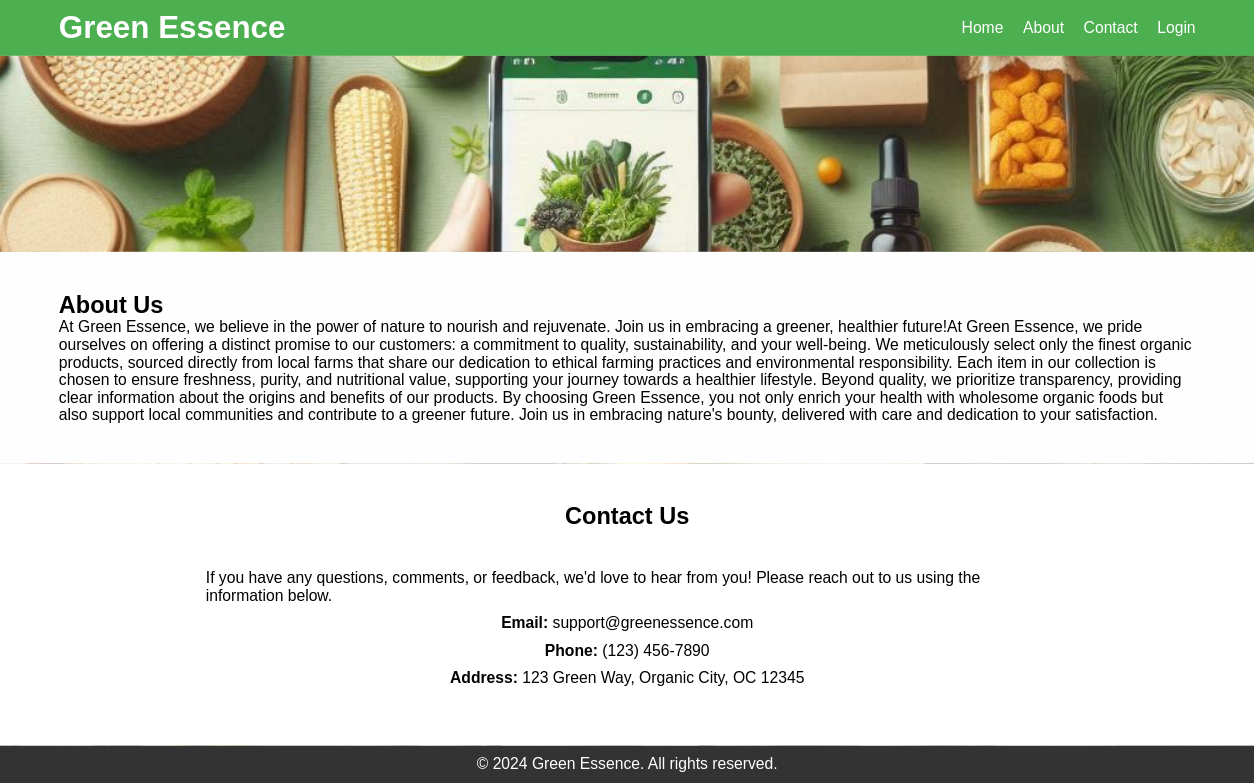
Repository: niki3210/Sahyadri
Page: Projectorganic/index.html
The author's editor kept a copy of each file at every save. The page is drawn from the files as they stood at one save, then again after the next save.
The browser window is 1280 px wide. The pictures show the whole page, at 98% of full size.
Backgrounds fixed to the window are drawn as part of the page.

Above is the page before, as saved 2024-06-21 15:42:36.

### Projectorganic/index.html
<!DOCTYPE html>
<html lang="en">
<head>
    <meta charset="UTF-8">
    <meta name="viewport" content="width=device-width, initial-scale=1.0">
    <title>Green Essence - Organic Food Products</title>
    <link rel="stylesheet" href="styles.css">

</head>
<body>
    <header>
        <div class="container">
            <h1>Green Essence</h1>
            <nav>
                <ul>
                    <li><a href="#home">Home</a></li>
                    <li><a href="#about">About</a></li>
                    <li><a href="#contact">Contact</a></li>
                    <li><a href="login.html">Login</a></li>

                </ul>
            </nav>
        </div>
    </header>

    <section id="home">
        <div class="container">




        </div>
    </section>

    <section id="about">
        <div class="container">
            <h2>About Us</h2>
            <p>At Green Essence, we believe in the power of nature to nourish and rejuvenate. Join us in embracing a greener, healthier
                future!At Green Essence, we pride ourselves on offering a distinct promise to our customers: a commitment to quality,
                sustainability, and your well-being. We meticulously select only the finest organic products, sourced directly from
                local farms that share our dedication to ethical farming practices and environmental responsibility. Each item in
                our collection is chosen to ensure freshness, purity, and nutritional value, supporting your journey towards a
                healthier lifestyle. Beyond quality, we prioritize transparency, providing clear information about the origins and
                benefits of our products. By choosing Green Essence, you not only enrich your health with wholesome organic foods
                but also support local communities and contribute to a greener future. Join us in embracing nature's bounty,
                delivered with care and dedication to your satisfaction.</p>
        </div>
    </section>

    <section id="contact">
        <div class="container">
            <h2>Contact Us</h2>
            <p>If you have any questions, comments, or feedback, we'd love to hear from you! Please reach out to us using the information below.</p>
            <div class="contact-info">
                <p><strong>Email:</strong> support@greenessence.com</p>
                <p><strong>Phone:</strong> (123) 456-7890</p>
                <p><strong>Address:</strong> 123 Green Way, Organic City, OC 12345</p>
            </div>
</div>

</section>

<footer>
<div class="container">
    <p>&copy; 2024 Green Essence. All rights reserved.</p>
</div>


</body>
</html>

### Projectorganic/styles.css
/* Combined CSS for Home, Login, and Register Pages */

/* Reset default browser styles */
* {
    box-sizing: border-box;
    margin: 0;
    padding: 0;
}

/* Global styles */
body {
    font-family: Arial, sans-serif;
    color: black;
    margin: 0;
    padding: 0;
    box-sizing: border-box;
    min-height: 100vh; /* Ensure body extends to at least the full height of the viewport */
    display: flex;
    flex-direction: column; /* Use flexbox to make sure footer stays at the bottom */
}

/* Header styles */
header {
    background-color: #4CAF50;
    color: white;
    padding: 10px 0;
}

header .container {
    display: flex;
    justify-content: space-between;
    align-items: center;
    max-width: 1200px;
    margin: 0 auto;
    padding: 0 20px;
}

header h1 {
    margin: 0;
}

header nav ul {
    list-style: none;
    margin: 0;
    padding: 0;
    display: flex;
}

header nav ul li {
    margin-left: 20px;
}

header nav ul li a {
    color: white;
    text-decoration: none;
}

header nav ul li a:hover {
    text-decoration: underline;
}

/* Home Page Styles */
#home {
    background-image: url('backgroundhome.jpeg');
    background-size: cover;
    background-repeat: no-repeat;
    background-position: center;
    background-attachment: fixed;
    color: white;
    text-align: center;
    padding: 100px 20px;
}

section {
    padding: 60px 0;
}

.container {
    max-width: 1200px;
    margin: 0 auto;
    padding: 0 20px;
}

/* About Section */
#about {
    background-color: #fffefe;
    padding: 40px 0;
}

/* Contact Section Styles */
#contact {
    background-color: #fff;
    padding: 40px 0;
}

#contact h2 {
    text-align: center;
    margin-bottom: 40px;
    color: #000000;
}

#contact .container {
    max-width: 900px;
    margin: 0 auto;
}

#contact .contact-info {
    text-align: center;
    margin-bottom: 20px;
}

#contact .contact-info p {
    margin: 10px 0;
}



/* Login/Register Styles */
.login-container,
.register-container {
    max-width: 320px;
    margin: 0 auto;
    padding: 15px;
    background-color: rgb(255, 255, 255);
    border-radius: 3px;
    box-shadow: 0 0 10px rgba(0, 0, 0, 0.1);
    flex: 1; /* Use flex: 1 to push footer to the bottom */
    margin-top: 30px;
    margin-bottom: 60px;
    padding: 20px;
}

body {
    font-family: Arial, sans-serif;
    background-image: url('backgroundhome.jpeg');
    background-size: cover;
    color: black;
}

.login-form, .register-form {
    padding: 15px;
    margin-bottom: 30px;
}

.login-form h2, .register-form h2 {
    text-align: center;
    margin-bottom: 15px;
    font-size: 1.5em;
}

label {
    display: block;
    margin-bottom: 5px;
    font-size: 0.9em;
}

input[type="email"],
input[type="password"] {
    width: 100%;
    padding: 8px;
    margin-bottom: 10px;
    border: 1px solid #ccc;
    border-radius: 4px;
    font-size: 0.9em;
}

.error {
    color: red;
    font-size: 0.8em;
    margin-bottom: 10px;
}

button {
    background-color: #4CAF50;
    color: white;
    border: none;
    padding: 8px 15px;
    cursor: pointer;
    transition: background-color 0.3s ease;
    width: 100%;
    font-size: 0.9em;
}

button:hover {
    background-color: #45a049;
}

/* Footer Styles */
footer {
    background-color: #333;
    color: white;
    text-align: center;
    padding: 10px 0;
    width: 100%;

}

footer a {
    color: white;
    margin: 0 10px;
    text-decoration: none;
}

footer a:hover {
    text-decoration: underline;
}

/* Pop-up Styles */
.popup {
    display: none;
    position: fixed;
    top: 20px; /* Position the pop-up near the top of the page */
    left: 50%;
    transform: translateX(-50%);
    background-color: white;
    box-shadow: 0 0 10px rgba(0, 0, 0, 0.1);
    border-radius: 8px;
    z-index: 1000;
    width: 90%; /* Make it full width with some margin */
    max-width: 320px;
    padding: 10px 20px;
}

.popup-content {
    text-align: center;
}

.popup .close {
    position: absolute;
    top: 10px;
    right: 10px;
    cursor: pointer;
    font-size: 1.5em;
}

/* Dashboard Styles */
/* Dashboard Styles */
.dashboard-main {
    flex: 1;
    padding: 20px;
}

.dashboard-section {
    background-color: #ffffff;
    padding: 20px;
    margin-bottom: 20px;
    box-shadow: 0 0 10px rgba(0, 0, 0, 0.1);
    border-radius: 8px;
    transition: transform 0.3s ease, box-shadow 0.3s ease;
}

.dashboard-section:hover {
    transform: translateY(-5px); /* Lift section on hover */
    box-shadow: 0 5px 15px rgba(0, 0, 0, 0.2); /* Add a subtle lift effect */
}

.dashboard-section h2 {
    margin-bottom: 10px;
    color: #4CAF50;
}

.sales-table {
    overflow-x: auto;
    animation: slideIn 0.5s ease; /* Slide in animation for the table */
}

.sales-table table {
    width: 100%;
    border-collapse: collapse;
}

.sales-table th, .sales-table td {
    border: 1px solid #6dfb07;
    padding: 12px; /* Increase padding for better readability */
    text-align: left;
}

.sales-table th {
    background-color: #d1f3d0d0;
    color: #4CAF50; /* Green theme color for table headers */
    text-transform: uppercase;
}

.sales-table tr:nth-child(even) {
    background-color: #f9f9f9;
}

.sales-table tr:hover {
    background-color: #f2f2f2;
}

After the next save:
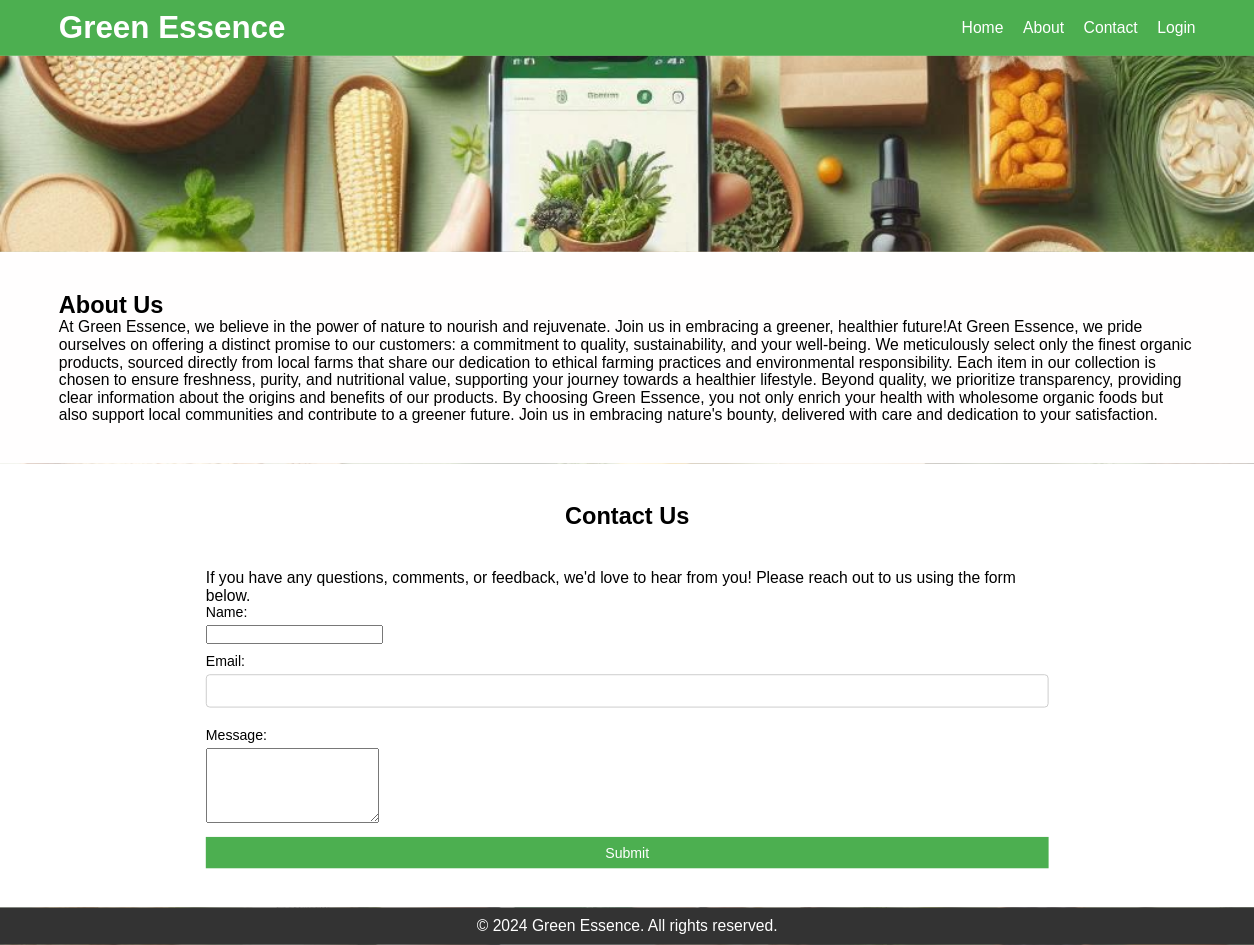
Saved 77 min 5 s later.
--- a/Projectorganic/index.html
+++ b/Projectorganic/index.html
@@ -50,13 +50,27 @@
     <section id="contact">
         <div class="container">
             <h2>Contact Us</h2>
-            <p>If you have any questions, comments, or feedback, we'd love to hear from you! Please reach out to us using the information below.</p>
-            <div class="contact-info">
-                <p><strong>Email:</strong> support@greenessence.com</p>
-                <p><strong>Phone:</strong> (123) 456-7890</p>
-                <p><strong>Address:</strong> 123 Green Way, Organic City, OC 12345</p>
+            <p>If you have any questions, comments, or feedback, we'd love to hear from you! Please reach out to us using the form below.</p>
+            <div class="contact-form">
+                <form action="/submit_contact" method="POST">
+                    <label for="name">Name:</label>
+                    <input type="text" id="name" name="name" required>
+                    <div class="error" id="name-error"></div>
+
+                    <label for="email">Email:</label>
+                    <input type="email" id="contact-email" name="email" required>
+                    <div class="error" id="contact-email-error"></div>
+
+                    <label for="message">Message:</label>
+                    <textarea id="message" name="message" rows="5" required></textarea>
+                    <div class="error" id="message-error"></div>
+
+                    <button type="submit">Submit</button>
+                </form>
             </div>
-</div>
+        </div>
+    </section>
+
 
 </section>
 
